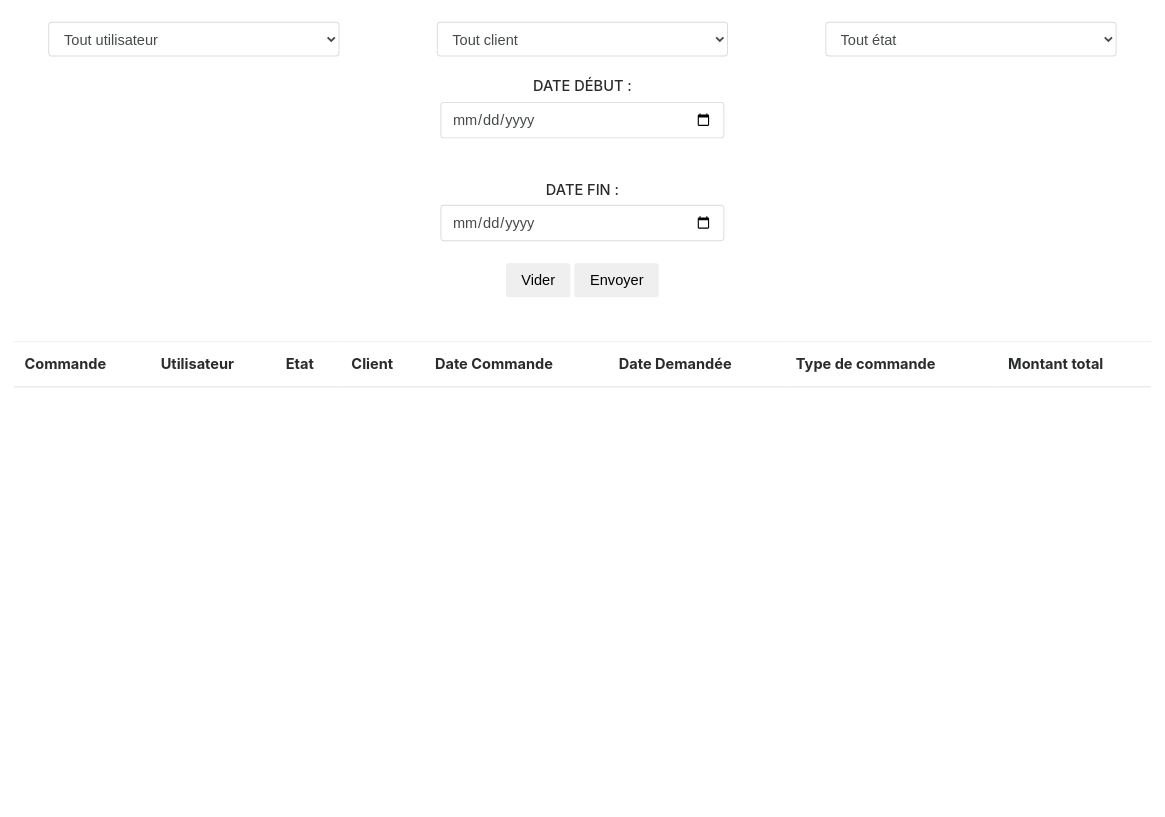
Repository: vmele/Cote
Page: http://localhost/PPE4_VMELE/reporting.jsp
An editor plug-in stored every save of this project. The page is shown before and after the next save, followed by the edit.
The browser window is 1280 px wide. The pictures show the whole page, at 91% of full size.
Some web libraries are served in a nearby version. The page is served by Tomcat 9. Other server files are loaded and not shown. Queries for data that is not in the repository find no rows.

Above is the page before, as saved 2017-05-31 16:37:33.
Console error (its wording comes from the project's code and is left out).

### Workspace/PPE4_VMELE/WebContent/reporting.jsp
<%@ page language="java" contentType="text/html; charset=UTF-8"
	pageEncoding="UTF-8"%>
<!DOCTYPE html>
<html>
<head>


<link rel="stylesheet"
	href="//code.jquery.com/ui/1.12.1/themes/base/jquery-ui.css">
<link rel="stylesheet" href="css/style.css">
<link rel="stylesheet"
	href="https://maxcdn.bootstrapcdn.com/bootstrap/4.0.0-alpha.6/css/bootstrap.min.css"
	integrity="sha384-rwoIResjU2yc3z8GV/NPeZWAv56rSmLldC3R/AZzGRnGxQQKnKkoFVhFQhNUwEyJ"
	crossorigin="anonymous">
<script src="https://code.jquery.com/jquery-1.12.4.js"></script>
<script src="https://code.jquery.com/ui/1.12.1/jquery-ui.js"></script>
<!-- <script
	src="https://cdn.datatables.net/1.10.15/js/jquery.dataTables.min.js"></script> -->
<script type="text/javascript" src="js/reporting.js"></script>
<script
	src="https://cdnjs.cloudflare.com/ajax/libs/Chart.js/2.5.0/Chart.min.js"></script>
<script
	src="https://maxcdn.bootstrapcdn.com/bootstrap/4.0.0-alpha.6/js/bootstrap.min.js"
	integrity="sha384-vBWWzlZJ8ea9aCX4pEW3rVHjgjt7zpkNpZk+02D9phzyeVkE+jo0ieGizqPLForn"
	crossorigin="anonymous"></script>



<meta http-equiv="Content-Type" content="text/html; charset=UTF-8">
<title>Reporting</title>
</head>
<body>

	<div class="container-fluid"><br>
	<div class="selecteur">
		<div class="row">
			<select id="searchUtilisateur" class="form-control col-md-3"
				name="searchUtilisateur">
			</select> <select id="searchClient" class="form-control col-md-3"
				name="searchClient">
			</select> <select id="searchEtat" class="form-control col-md-3"
				name="searchEtat">
			</select>
		</div>
<br>
<h6>Date début :</h6>
		<div class="search-container">
			<div class="ui-widget">
				<input type="date" id="dateDebut" name="dateDebut" class="search form-control col-md-3" />
			</div>
		</div>
<br><br>
		<h6>Date fin :</h6>
		<div class="search-container">
			<div class="ui-widget">
				<input type="date" id="dateFin" name="dateFin" class="search form-control col-md-3" />
			</div>
		</div>
</div>
		<br>
		<div class ="col-md-12  text-center">
		<button id="searchListe" onclick="sendInfos()" type="button"
			class="btn">Vider</button> <button id="searchListe" onclick="sendInfos()" type="button"
			class="btn">Envoyer</button></div>
		<br> <br>


		<script type="text/javascript">
			var barChart = null;

			function sendInfos() {

				var table = document.getElementById("dataTable");

				$('#dataTable tbody').empty();

				if (barChart != null) {
					barChart.destroy();
				}

				var utilisateur = document.getElementById('searchUtilisateur');
				var utilisateurValue = utilisateur.value;

				var client = document.getElementById('searchClient');
				var clientValue = client.value;

				var etat = document.getElementById('searchEtat');
				var etatValue = etat.value;

				var dateDebut = document.getElementById('dateDebut');
				var dateDebutValue = dateDebut.value;

				var dateFin = document.getElementById('dateFin');
				var dateFinValue = dateFin.value;

				console.log("idUtilisateur : " + utilisateurValue
						+ " /n idClient : " + clientValue + " /n Début : "
						+ dateDebutValue + " /n Fin : " + dateFinValue);

				$.ajax({
					url : 'RechercheListe',
					method : 'POST',
					data : 'utilisateur=' + utilisateurValue + '&client='
							+ clientValue + '&etat=' + etatValue + '&debut='
							+ dateDebutValue + '&fin=' + dateFinValue,
					success : function(result) {

						var refCommande = [];
						var utilisateur = [];
						var dateCommande = [];
						var dateDemandee = [];
						var typeCommande = [];
						var moyenContact = [];
						var etatCommande = [];
						var client = [];
						var total = [];

						$.each(result, function(key, value) {

							refCommande.push(value['refCommande']);
							utilisateur.push(value['utilisateur']);
							dateCommande.push(value['dateCommande']);
							dateDemandee.push(value['dateDemandee']);
							typeCommande.push(value['type']);
							moyenContact.push(value['moyenContact']);
							etatCommande.push(value['etatCommande']);
							client.push(value['client']);
							total.push(value['montant']);

						});

						var t = "";
						for (var i = 0; i < refCommande.length; i++) {
							var tr = "<tr>";
							tr += "<td>" + refCommande[i] + "</td>";
							tr += "<td>" + utilisateur[i].prenom + " "
									+ utilisateur[i].nom + "</td>";
							tr += "<td>" + etatCommande[i].libelle + "</td>";
							tr += "<td>" + client[i].raisonSociale + "</td>";
							tr += "<td>" + dateCommande[i] + "</td>";
							tr += "<td>" + dateDemandee[i] + "</td>";
							tr += "<td>" + typeCommande[i].libelle + "</td>";
							tr += "<td>" + total[i] + "€" + "</td>";
							tr += "</tr>";
							t += tr;
						}

						document.getElementById("dataTable").innerHTML += t;
					}
				});
				$.ajax({
					url : 'RechercheChart',
					method : 'POST',
					data : 'utilisateur=' + utilisateurValue + '&client='
							+ clientValue + '&etat=' + etatValue + '&debut='
							+ dateDebutValue + '&fin=' + dateFinValue,
					success : function(result) {
						console.log(result);

						var nom = [];
						var prenom = [];
						var montant = [];

						$.each(result, function(key, value) {
							nom.push(value['nom']);
							prenom.push(value['prenom']);
							montant.push(value['montant']);
						});

						for (var i = 0; i < utilisateur.length; i++) {
							console.log("Liste des utilisateurs : ");
							console.log(nom[i] + " " + prenom[i] + " || "
									+ montant[i]);
						}

						// Bar chart
						barChart = new Chart(document
								.getElementById("bar-chart"), {
							type : 'bar',
							data : {

								labels : nom,
								datasets : [ {
									label : "Recette (€)",
									backgroundColor : [ "#3e95cd", "#8e5ea2",
											"#3cba9f", "#e8c3b9", "#c45850" ],
									data : montant
								} ]
							},
							options : {
								legend : {
									display : false
								},
								title : {
									display : true,
									text : 'Montant des commandes.'
								},
								scales : {
									yAxes : [ {
										ticks : {
											beginAtZero : true
										}
									} ]
								}
							}
						});
					}
				});
			}
		</script>



		<table id="dataTable" cellspacing="0" width="100%"
			class="table table-striped">
			<thead>
				<tr>
					<th>Commande</th>
					<th>Utilisateur</th>
					<th>Etat</th>
					<th>Client</th>
					<th>Date Commande</th>
					<th>Date Demandée</th>
					<th>Type de commande</th>
					<th>Montant total</th>
				</tr>
			</thead>
			<tbody>


			</tbody>
		</table>

		<canvas id="bar-chart" width="800" height="450"></canvas>


	</div>

</body>
</html>

### Workspace/PPE4_VMELE/WebContent/css/style.css
@import url('https://fonts.googleapis.com/css?family=Open+Sans');

h6 {
	font-family: 'Open Sans', sans-serif;
	text-transform : uppercase;
	font-size : 8px;
	text-align : center;
}

.selecteur select {

	margin-right : auto;
	margin-left : auto;
}
.selecteur input {

	margin-right : auto;
	margin-left : auto;
}

.selecteur btn {
	text-align : center;
	margin-right : auto;
	margin-left : auto
}

btn  {
	display: block;
  margin : auto;
}

### Workspace/PPE4_VMELE/src/servlet/RechercheClient.java
package servlet;

import java.io.IOException;
import java.util.ArrayList;
import java.util.List;

import javax.servlet.ServletException;
import javax.servlet.annotation.WebServlet;
import javax.servlet.http.HttpServlet;
import javax.servlet.http.HttpServletRequest;
import javax.servlet.http.HttpServletResponse;

import com.google.gson.Gson;

import business.Client;
import service.ClientService;
import service.impl.ClientServiceImpl;

/**
 * Servlet implementation class RechercheClient
 */
public class RechercheClient extends HttpServlet {
	private static final long serialVersionUID = 1L;

	private ClientService clientServiceImpl;
	List<Client> listeClients = new ArrayList<>();

	/**
	 * @throws Exception
	 * @see HttpServlet#HttpServlet()
	 */
	public RechercheClient() throws Exception {
		clientServiceImpl = new ClientServiceImpl();
	}

	/**
	 * @see HttpServlet#doGet(HttpServletRequest request, HttpServletResponse
	 *      response)
	 */
	protected void doGet(HttpServletRequest request, HttpServletResponse response)
			throws ServletException, IOException {

		System.out.println("Passe par le DoPost /RechercheClientServet");

		response.setContentType("application/json");

		try {

			List<Client> listeClients = clientServiceImpl.recupererListeClients();

			String json = new Gson().toJson(listeClients);
			response.getWriter().write(json);

		} catch (Exception e) {
			System.err.println(e.getMessage());
		}
	}

	/**
	 * @see HttpServlet#doPost(HttpServletRequest request, HttpServletResponse
	 *      response)
	 */
	protected void doPost(HttpServletRequest request, HttpServletResponse response)
			throws ServletException, IOException {
		doGet(request, response);
	}

}

### Workspace/PPE4_VMELE/src/service/impl/ClientServiceImpl.java
package service.impl;

import java.util.ArrayList;
import java.util.List;

import business.Client;
import business.Utilisateur;
import dao.ClientDao;
import dao.impl.ClientDaoImpl;
import service.ClientService;

public class ClientServiceImpl implements ClientService {

	private ClientDao ClientDaoImpl;

	public ClientServiceImpl() throws Exception
	{
		super();
	//	System.out.println("Constructeur ClientServiceImpl");
		this.ClientDaoImpl = new ClientDaoImpl();
	}

	@Override
	public Client recupererClientParID(int idClient)
	{
		Client Client;

		Client = ClientDaoImpl.findClientById(idClient);

		return Client;
	}

	@Override
	public List<Client> recupererListeClients()
	{
		List<Client> listeClients = new ArrayList<Client>();

		listeClients = ClientDaoImpl.findAllClients();

		return listeClients;
	}

	@Override
	public List<Client> recupererClientParRS(String raisonSociale)
	{
		List<Client> listeClients = new ArrayList<Client>();

		listeClients = ClientDaoImpl.findClientByRS(raisonSociale);

		return listeClients;
	}

}

### Workspace/PPE4_VMELE/src/dao/ClientDao.java
package dao;

import java.util.List;

import business.Client;

public interface ClientDao {

	/**
	 * Permet de récupérer un objet Utilisateur en fonction de son ID
	 *
	 * @param idUtilisateur
	 *            ID de l'utilisateur
	 * @return L'objet Utilisateur
	 */
	public Client findClientById(int idClient);

	/**
	 * Permet de récupérer la liste des utilisateurs
	 *
	 * @return Liste des utilisateurs
	 */
	public List<Client> findAllClients();

	public List<Client> findClientByRS(String raisonSociale);
}

### Workspace/PPE4_VMELE/src/dao/ConnexionBDD.java
package dao;

import java.sql.Connection;
import java.sql.DriverManager;
import java.sql.PreparedStatement;
import java.sql.ResultSet;
import java.sql.SQLException;
import java.sql.Statement;

/**
 * Commentaire OK
 * @author mathieu
 *
 */
public class ConnexionBDD
{

	/**
	 * Déclaration des constantes de ConnexionBDD
	 */
	private static final String URL = "jdbc:postgresql://localhost:5432/e4_vmele";
	private static final String UTILISATEUR = "postgres";
	private static final String MOT_DE_PASSE = "postgres";
	private static Connection connexion;
	/*private static Statement statement;*/

	/**
	 * Accesseur de la connexion
	 * @return
	 */
	public static Connection getConnection()
	{

		if (connexion == null)
		{

			try
			{
				Class.forName("org.postgresql.Driver");
			}
			catch (ClassNotFoundException e1)
			{
				// TODO Auto-generated catch block
				e1.printStackTrace();
			}

			try
			{
				connexion = DriverManager.getConnection(URL, UTILISATEUR, MOT_DE_PASSE);

			}
			catch (SQLException e)
			{

				e.printStackTrace();

			}

		}

		return connexion;

	}

	/**
	 * Close la connexion
	 * @param statement
	 * @param preparedStatement
	 * @param resultat
	 */
	public static void close(Statement statement, PreparedStatement preparedStatement, ResultSet resultat)
	{
		if (resultat != null)
		{
			try
			{
				resultat.close();
			}
			catch (SQLException ignore)
			{

			}
		}

		if (preparedStatement != null)
		{
			try
			{
				preparedStatement.close();
			}
			catch (SQLException ignore)
			{

			}
		}

		if (statement != null)
		{
			try
			{
				statement.close();
			}
			catch (SQLException ignore)
			{

			}
		}
	}


	/**
	 * Close la co
	 * @param preparedStatement
	 * @param resultat
	 */
	public static void close(PreparedStatement preparedStatement, ResultSet resultat)
	{
		close(null, preparedStatement, resultat);
	}
}

### Workspace/PPE4_VMELE/src/servlet/RechercheUtilisateur.java
package servlet;

import java.io.IOException;
import java.util.ArrayList;
import java.util.HashMap;
import java.util.List;

import javax.servlet.ServletException;
import javax.servlet.http.HttpServlet;
import javax.servlet.http.HttpServletRequest;
import javax.servlet.http.HttpServletResponse;

import com.fasterxml.jackson.core.JsonEncoding;
import com.fasterxml.jackson.core.JsonProcessingException;
import com.fasterxml.jackson.databind.ObjectMapper;
import com.google.gson.Gson;
import com.google.gson.JsonObject;

import business.Client;
import business.Utilisateur;
import service.UtilisateurService;
import service.impl.UtilisateurServiceImpl;

/**
 * Servlet implementation class RechercheUtilisateur
 */
public class RechercheUtilisateur extends HttpServlet {
	private static final long serialVersionUID = 1L;

	private UtilisateurService utilisateurServiceImpl;
	List<Utilisateur> listeUtilisateurs = new ArrayList<>();

	public RechercheUtilisateur() throws Exception {
		utilisateurServiceImpl = new UtilisateurServiceImpl();
	}

	/**
	 * @see HttpServlet#doGet(HttpServletRequest request, HttpServletResponse
	 *      response)
	 */
	protected void doGet(HttpServletRequest request, HttpServletResponse response)
			throws ServletException, IOException {
		System.out.println("Passe par le DoPost /RechercheUtilisateurServet");

		response.setContentType("application/json");

		try {

			List<Utilisateur> listeUtilisateurs = utilisateurServiceImpl.recupererListeUtilisateurs();
			String json = new Gson().toJson(listeUtilisateurs);
			response.getWriter().write(json);

		} catch (Exception e) {
			System.err.println(e.getMessage());
		}

	}

	/**
	 * @see HttpServlet#doPost(HttpServletRequest request, HttpServletResponse
	 *      response)
	 */
	protected void doPost(HttpServletRequest request, HttpServletResponse response)
			throws ServletException, IOException {
		doGet(request, response);

	}
}



//System.out.println("Passe par le DoPost /RechercheClientServet");
//
//response.setContentType("application/json");
//
//try {
//	String raisonSociale = request.getParameter("client");
//
//	List<Client> listeClients = clientServiceImpl.recupererClientParRS(raisonSociale);
//
//	String json = new Gson().toJson(listeClients);
//	response.getWriter().write(json);
//
//} catch (Exception e) {
//	System.err.println(e.getMessage());
//}

### Workspace/PPE4_VMELE/src/service/impl/UtilisateurServiceImpl.java
package service.impl;

import java.util.ArrayList;
import java.util.List;

import business.Utilisateur;
import dao.UtilisateurDao;
import dao.impl.UtilisateurDaoImpl;
import service.UtilisateurService;

public class UtilisateurServiceImpl implements UtilisateurService {

	private UtilisateurDao utilisateurDaoImpl;

	public UtilisateurServiceImpl() throws Exception
	{
		super();
	//	System.out.println("Constructeur UtilisateurServiceImpl");

		this.utilisateurDaoImpl = new UtilisateurDaoImpl();
	}

	@Override
	public Utilisateur recupererUtilisateurParID(int idUtilisateur)
	{
		Utilisateur utilisateur;

		utilisateur = utilisateurDaoImpl.findUtilisateurById(idUtilisateur);

		return utilisateur;
	}

	@Override
	public List<Utilisateur> recupererListeUtilisateurs()
	{

		List<Utilisateur> listeUtilisateurs = new ArrayList<Utilisateur>();

		listeUtilisateurs = utilisateurDaoImpl.findAllUtilisateurs();

		return listeUtilisateurs;
	}

	@Override
	public List<Utilisateur> recupererUtilisateursParPrenom(String prenomUtilisateur)
	{

		List<Utilisateur> listeUtilisateurs = new ArrayList<Utilisateur>();

		listeUtilisateurs = utilisateurDaoImpl.findUtilisateursByName(prenomUtilisateur);

		return listeUtilisateurs;
	}

	@Override
	public List<Utilisateur> recupererUtilisateursMontantParFiltre(String filtre)
	{

		List<Utilisateur> listeUtilisateurs = new ArrayList<Utilisateur>();

		listeUtilisateurs = utilisateurDaoImpl.findUtilisateurByFilter(filtre);

		return listeUtilisateurs;
	}
}

### Workspace/PPE4_VMELE/src/dao/UtilisateurDao.java
package dao;

import java.util.List;

import business.Utilisateur;

public interface UtilisateurDao {

	/**
	 * Permet de récupérer un objet Utilisateur en fonction de son ID
	 *
	 * @param idUtilisateur
	 *            ID de l'utilisateur
	 * @return L'objet Utilisateur
	 */
	public Utilisateur findUtilisateurById(int idUtilisateur);

	/**
	 * Permet de récupérer la liste des utilisateurs
	 *
	 * @return Liste des utilisateurs
	 */
	public List<Utilisateur> findAllUtilisateurs();


	public List<Utilisateur> findUtilisateursByName(String prenomUtilisateur);

	public List<Utilisateur> findUtilisateurByFilter(String filter);

}

### Workspace/PPE4_VMELE/src/servlet/RechercheEtatCommande.java
package servlet;

import java.io.IOException;
import java.util.ArrayList;
import java.util.List;

import javax.servlet.ServletException;
import javax.servlet.http.HttpServlet;
import javax.servlet.http.HttpServletRequest;
import javax.servlet.http.HttpServletResponse;

import com.google.gson.Gson;

import business.EtatCommande;
import service.impl.EtatCommandeServiceImpl;

/**
 * Servlet implementation class RechercheEtatCommande
 */
public class RechercheEtatCommande extends HttpServlet {
	private static final long serialVersionUID = 1L;

	private EtatCommandeServiceImpl etatCommandeServiceImpl;
	List<EtatCommande> listeEtatCommandes = new ArrayList<>();

    /**
     * @throws Exception
     * @see HttpServlet#HttpServlet()
     */
    public RechercheEtatCommande() throws Exception {
    	etatCommandeServiceImpl = new EtatCommandeServiceImpl();
    }

	/**
	 * @see HttpServlet#doGet(HttpServletRequest request, HttpServletResponse response)
	 */
	protected void doGet(HttpServletRequest request, HttpServletResponse response) throws ServletException, IOException {

		System.out.println("Passe par le DoGet /RechercheEtatCommandeServet");

		response.setContentType("application/json");

		try {

			List<EtatCommande> listeEtatsCommande = etatCommandeServiceImpl.recupererListeEtatCommandes();
			System.out.println("Liste des Etat" + listeEtatsCommande);

			String json = new Gson().toJson(listeEtatsCommande);
			response.getWriter().write(json);

		} catch (Exception e) {
			System.err.println(e.getMessage());
		}
	}

	/**
	 * @see HttpServlet#doPost(HttpServletRequest request, HttpServletResponse response)
	 */
	protected void doPost(HttpServletRequest request, HttpServletResponse response) throws ServletException, IOException {
		// TODO Auto-generated method stub
		doGet(request, response);
	}

}

### Workspace/PPE4_VMELE/src/dao/EtatCommandeDao.java
package dao;

import java.util.List;

import business.EtatCommande;

public interface EtatCommandeDao {
	/**
	 * Permet de récupérer un objet Utilisateur en fonction de son ID
	 *
	 * @param idUtilisateur
	 *            ID de l'utilisateur
	 * @return L'objet Utilisateur
	 */
	public EtatCommande findEtatCommandeById(int idEtatCommande);

	/**
	 * Permet de récupérer la liste des utilisateurs
	 *
	 * @return Liste des utilisateurs
	 */
	public List<EtatCommande> findAllEtatCommandes();
}

### Workspace/PPE4_VMELE/src/dao/impl/EtatCommandeDaoImpl.java
package dao.impl;

import java.sql.Connection;
import java.sql.PreparedStatement;
import java.sql.ResultSet;
import java.sql.SQLException;
import java.sql.Statement;
import java.util.ArrayList;
import java.util.List;

import business.Client;
import business.EtatCommande;
import dao.ConnexionBDD;
import dao.EtatCommandeDao;
import dao.requete.ClientRequete;
import dao.requete.EtatCommandeRequete;

public class EtatCommandeDaoImpl implements EtatCommandeDao {

	private Connection connexion = ConnexionBDD.getConnection();

	public EtatCommandeDaoImpl() throws Exception {
		super();
		System.out.println("Constructeur EtatCommandeDaoImpl");
	}

	@Override
	public EtatCommande findEtatCommandeById(int idEtat) {
		ResultSet resultat = null;
		PreparedStatement preparedStatement = null;

		int id_Etat;
		String libelle;
		EtatCommande etatCommande = null;

		try {
			preparedStatement = connexion.prepareStatement(EtatCommandeRequete.FIND_ETAT_COMMANDE_BY_ID);
			preparedStatement.setInt(1, idEtat);
			resultat = preparedStatement.executeQuery();

			if (resultat != null) {
				while (resultat.next()) {
					id_Etat = resultat.getInt(1);
					libelle = resultat.getString(2);

					etatCommande = new EtatCommande(id_Etat, libelle);
				}
			} else {
				etatCommande = null;
			}

		} catch (SQLException e) {
			System.out.println("EtatCommandeDaoImpl/findEtatCommandeById - Erreur SQL : " + e.getMessage());
		} finally {
			ConnexionBDD.close(null, preparedStatement, resultat);
		}
		return etatCommande;
	}

	@Override
	public List<EtatCommande> findAllEtatCommandes() {
		Statement statement = null;
		ResultSet resultat = null;

		List<EtatCommande> listeEtatCommandes = new ArrayList<EtatCommande>();

		int id_Etat;
		String libelle;
		EtatCommande etatCommande = null;

		try {
			statement = connexion.createStatement();
			resultat = statement.executeQuery(EtatCommandeRequete.FIND_ALL_ETAT_COMMANDE);

			if (resultat != null) {
				while (resultat.next()) {
					id_Etat = resultat.getInt(1);
					libelle = resultat.getString(2);

					etatCommande = new EtatCommande(id_Etat, libelle);
					listeEtatCommandes.add(etatCommande);
				}
			} else {
			}

		} catch (SQLException e) {
			System.out.println("EtatCommandeDaoImpl/findAllEtatCommande - Erreur SQL : " + e.getMessage());
		} finally {
			ConnexionBDD.close(statement, null, resultat);
		}

		return listeEtatCommandes;
	}

}

Loaded but not shown: Workspace/PPE4_VMELE/WebContent/js/reporting.js (81 lines, source omitted); Workspace/PPE4_VMELE/src/dao/impl/UtilisateurDaoImpl.java (208 lines, source omitted); Workspace/PPE4_VMELE/src/dao/impl/ClientDaoImpl.java (129 lines, source omitted)

After the next save:
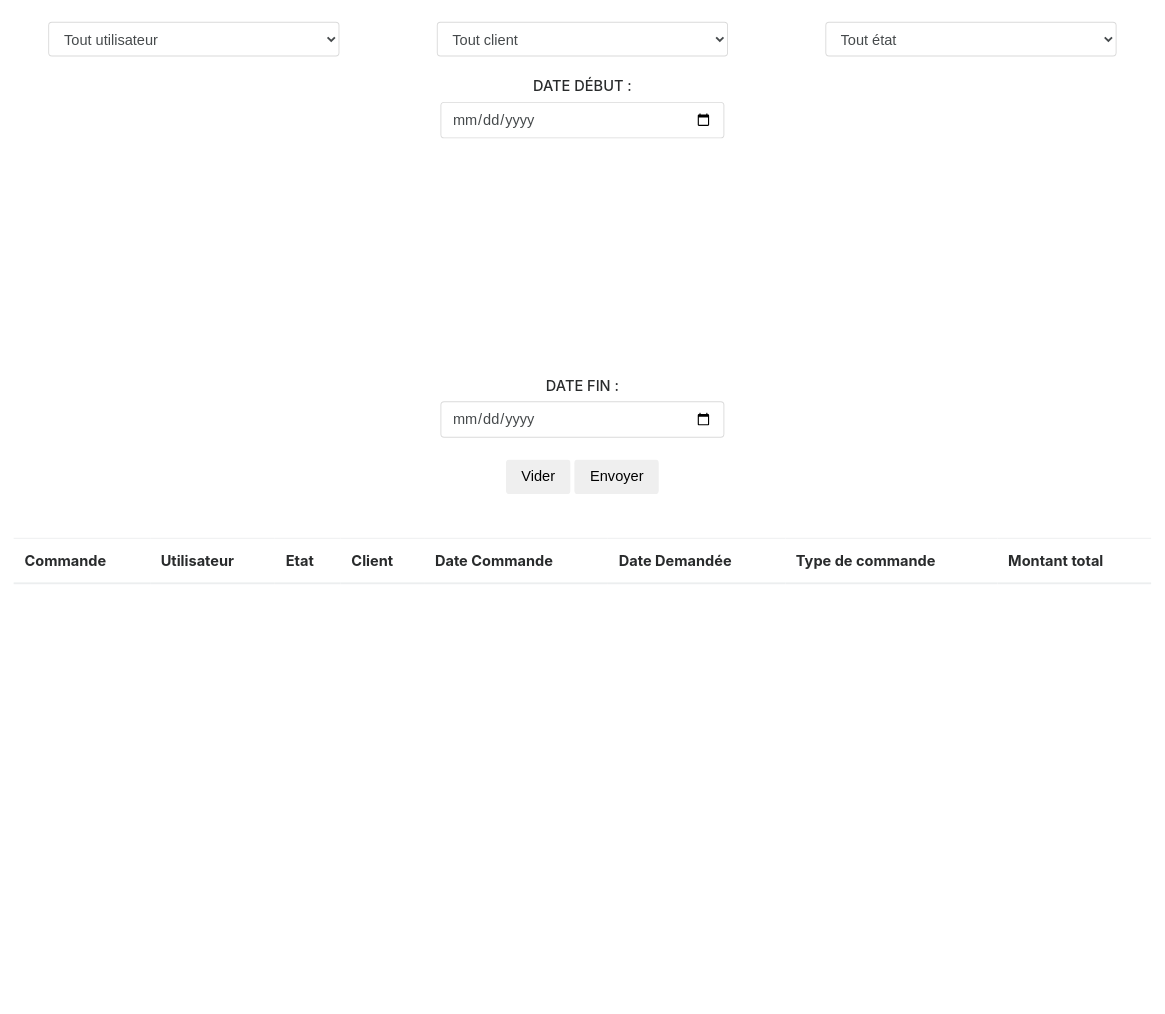
Saved 5 s later.
--- a/Workspace/PPE4_VMELE/WebContent/reporting.jsp
+++ b/Workspace/PPE4_VMELE/WebContent/reporting.jsp
@@ -49,7 +49,7 @@
 				<input type="date" id="dateDebut" name="dateDebut" class="search form-control col-md-3" />
 			</div>
 		</div>
-<br><br>
+<br><br><br><br><br><br><br><br><br><br><br>
 		<h6>Date fin :</h6>
 		<div class="search-container">
 			<div class="ui-widget">
